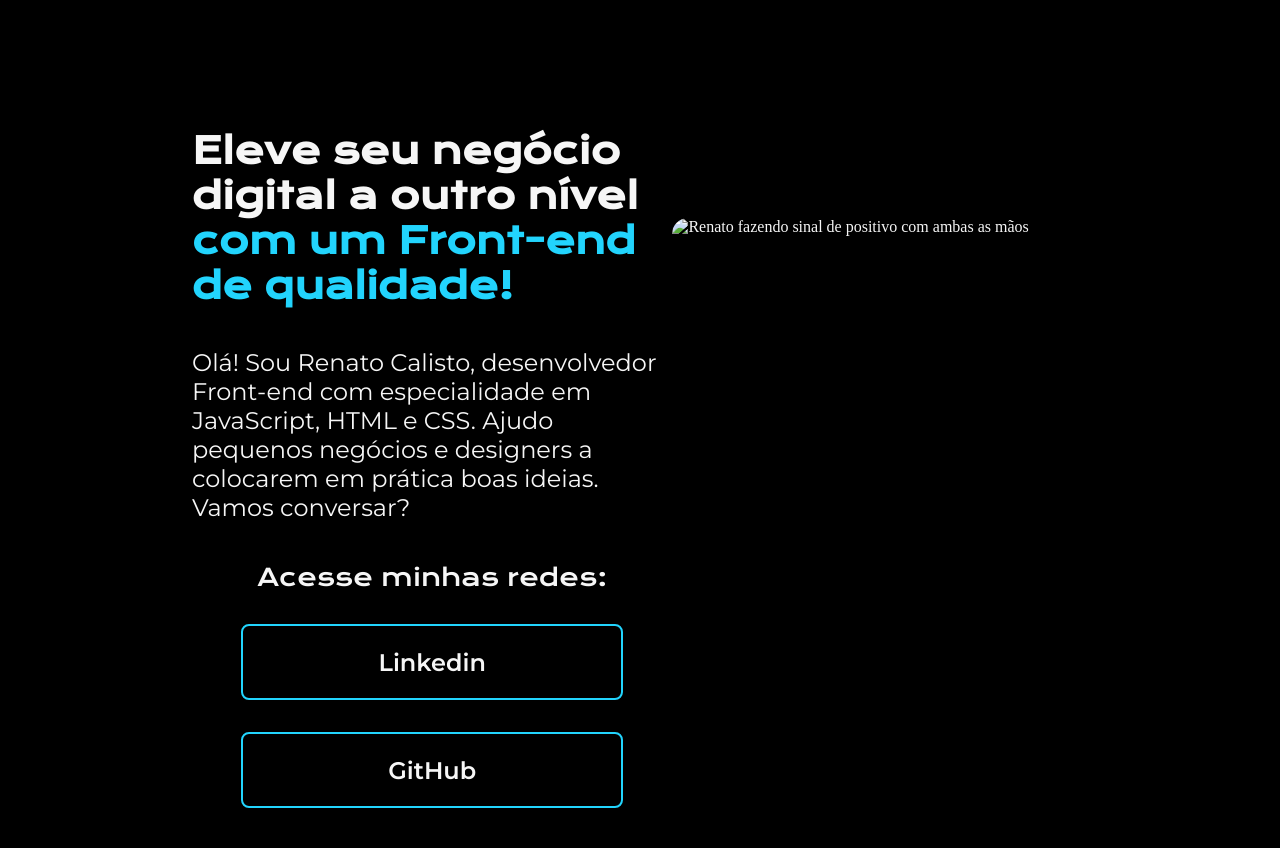
Repository: RenatoCCS/Portfolio_Alura
Page: index.html
An editor plug-in stored every save of this project. The page is shown before and after the next save, followed by the edit.
The browser window is 1280 px wide. The pictures show the whole page.

Above is the page before, as saved 2023-02-28 14:47:03.
Not found: renato.jpg

After the next save:
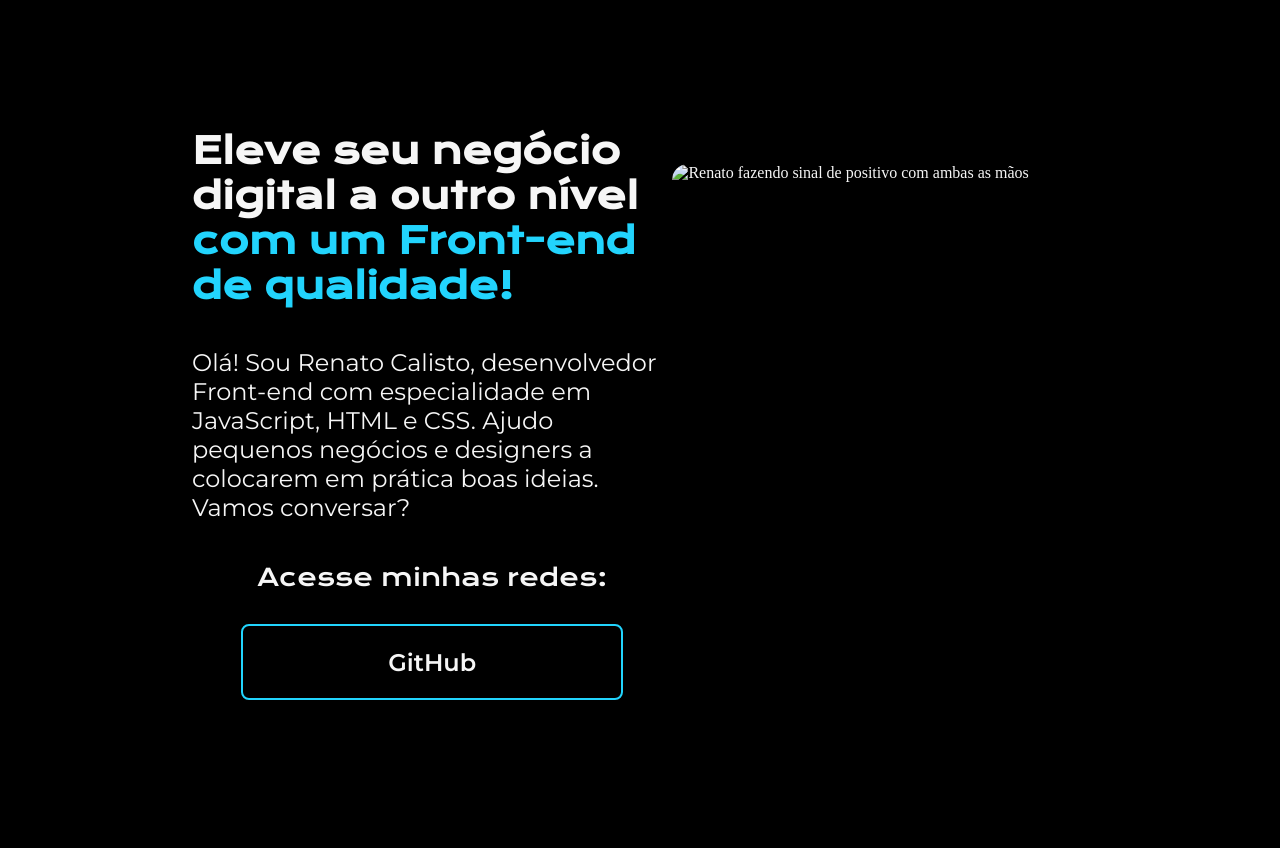
Saved 24 min 54 s later.
--- a/index.html
+++ b/index.html
@@ -24,11 +24,7 @@
         </p>
         <div class="apresentacao__links">
           <h2 class="apresentacao__links__subtitulo">Acesse minhas redes:</h2>
-          <a
-            class="apresentacao__links__link"
-            href="https://www.linkedin.com/in/renatocalisto/"
-            >Linkedin</a
-          >
+
           <a
             class="apresentacao__links__link"
             href="https://github.com/RenatoCCS"
